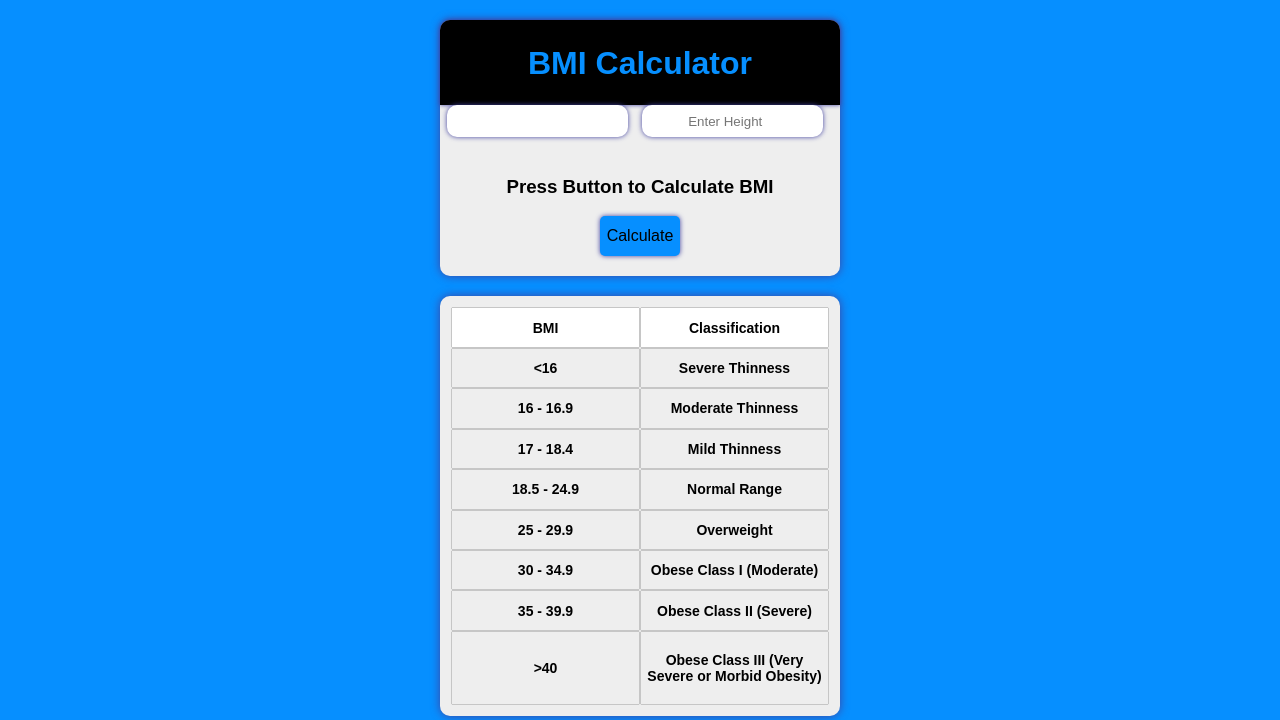
Repository: shayanabedi98/bmi-calculator
Page: index.html
These files come from the project's save history. The page is drawn as it stood at one moment and after the next save; the edit follows.
The browser window is 1280 px wide. The pictures show the whole page.

Above is the page before, as saved 2023-07-24 18:46:05.

After the next save:
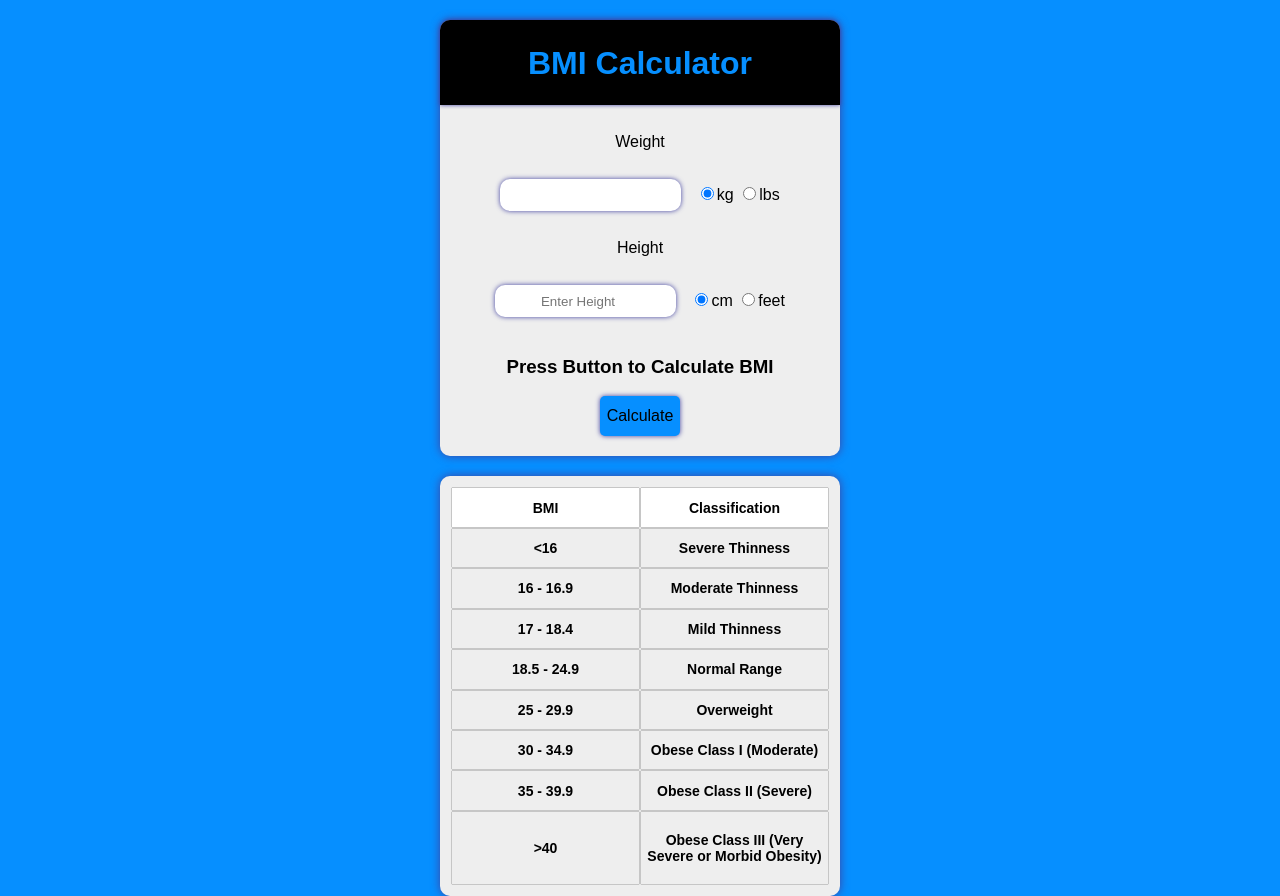
Saved 37 s later.
--- a/index.html
+++ b/index.html
@@ -11,14 +11,14 @@
         <div class="card">
             <div class="bmi-calculator">
                 <h1>BMI Calculator</h1>
-                <!-- <label class="weight" for="weight">Weight</label> -->
+                <label class="weight" for="weight">Weight</label>
                     <input id="weight" type="number">
-                    <!-- <input type="radio" name="weight" checked><span>kg</span>
-                    <input type="radio" name="weight"><span>lbs</span> -->
-                <!-- <label class="height" for="height">Height</label> -->
+                    <input type="radio" name="weight" checked><span>kg</span>
+                    <input type="radio" name="weight"><span>lbs</span>
+                <label class="height" for="height">Height</label>
                     <input type="number" placeholder="Enter Height" id="height">
-                    <!-- <input type="radio" name="height" checked><span>cm</span>
-                    <input type="radio" name="height"><span>feet</span> -->
+                    <input type="radio" name="height" checked><span>cm</span>
+                    <input type="radio" name="height"><span>feet</span>
                 <div class="result">
                     <h3>Press Button to Calculate BMI</h3>
                     <button onclick="calc()" class="calculate">Calculate</button>
